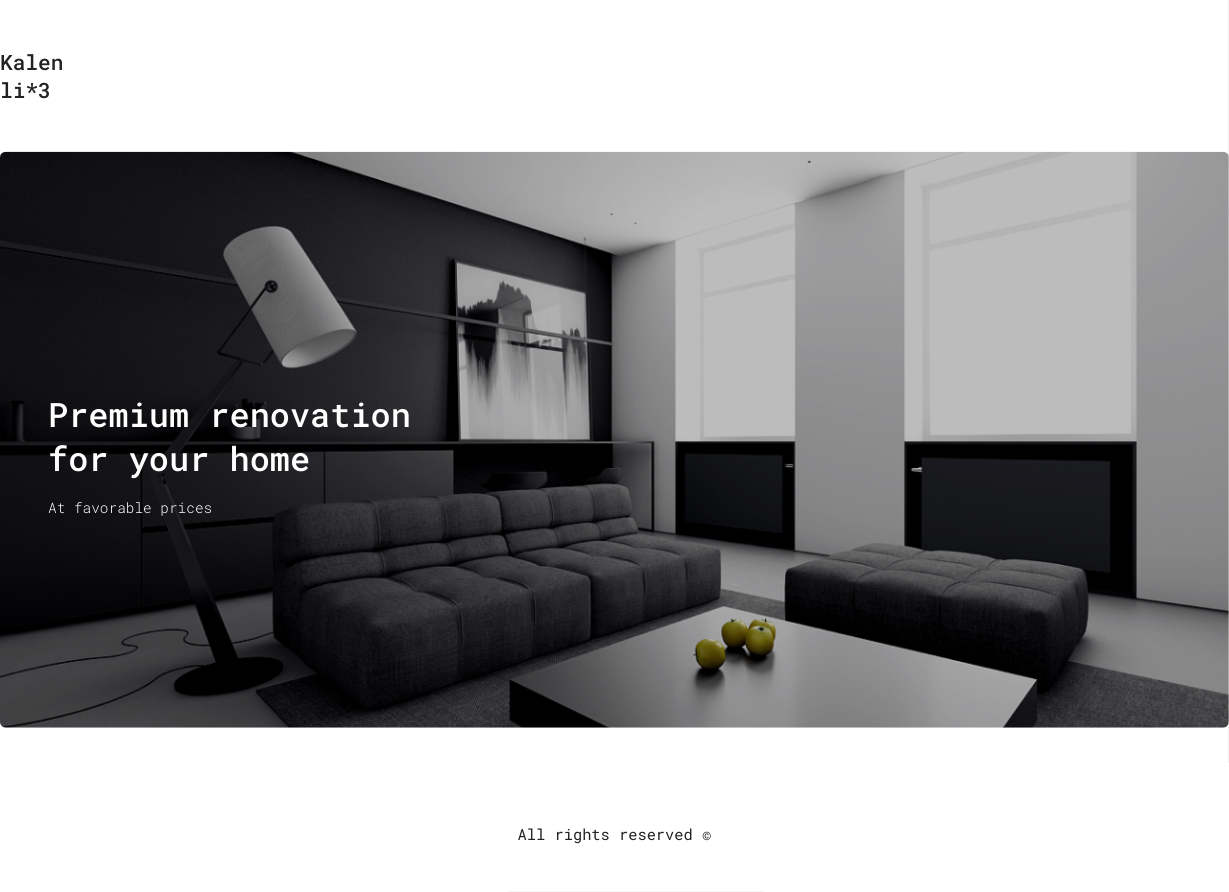
Repository: luckystar20206/e-commerce-react
Page: /
These files come from the project's save history. The page is drawn as it stood at one moment and after the next save; the edit follows.
The browser window is 1280 px wide. The pictures show the whole page, at 96% of full size.
The project was rebuilt for these pictures with package versions that can differ from the ones it lists, and the page was loaded fresh each time.

Above is the page before, as saved 2022-11-30 00:05:47.

After the next save:
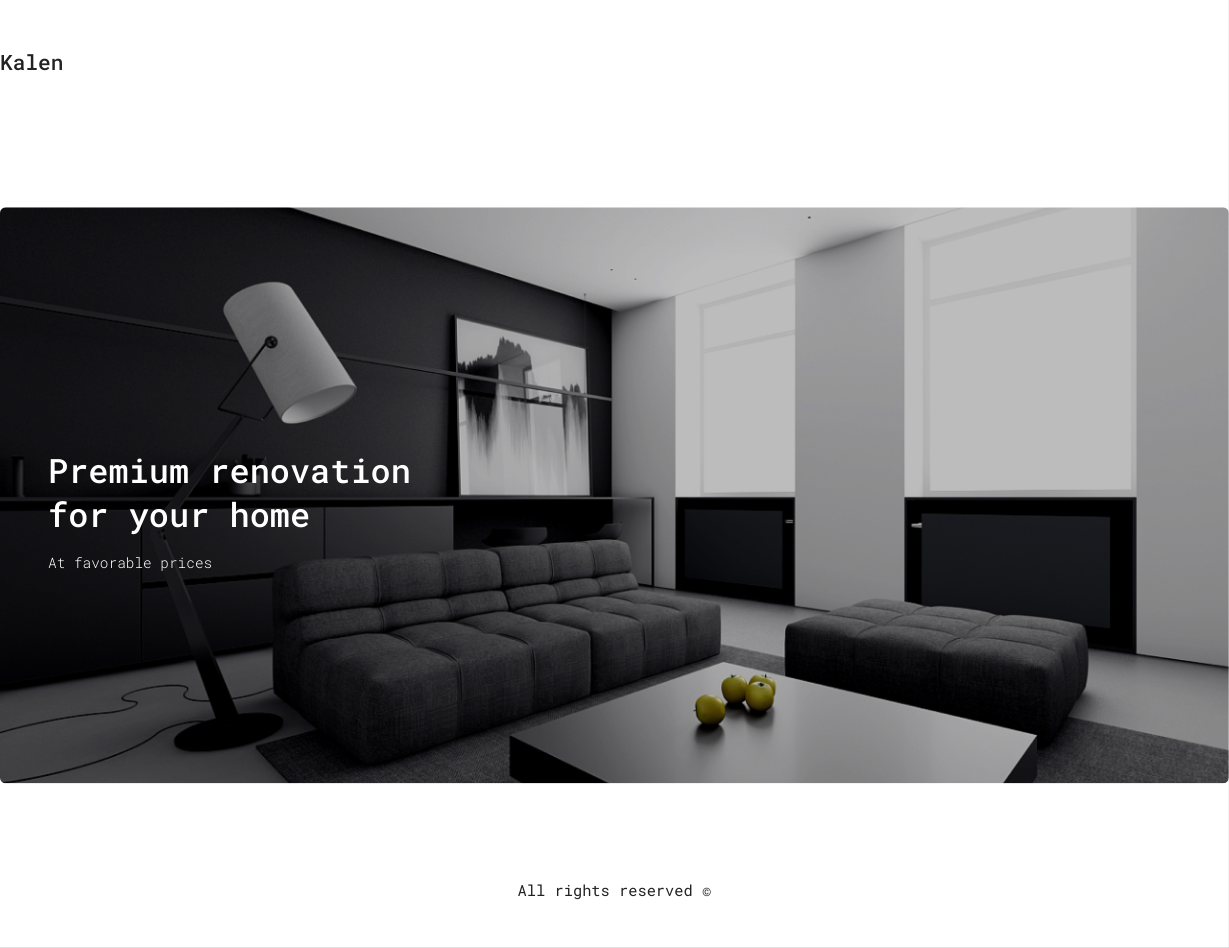
Saved 6 s later.
--- a/src/components/Header.jsx
+++ b/src/components/Header.jsx
@@ -6,7 +6,9 @@ export default function Header() {
             <div className='header'>
                 <span className="header__logo">Kalen</span>
                 <ul className="header__nav">
-                    li*3
+                    <li></li>
+                    <li></li>
+                    <li></li>
                 </ul>
             </div>
             <div className='header__images'></div>
